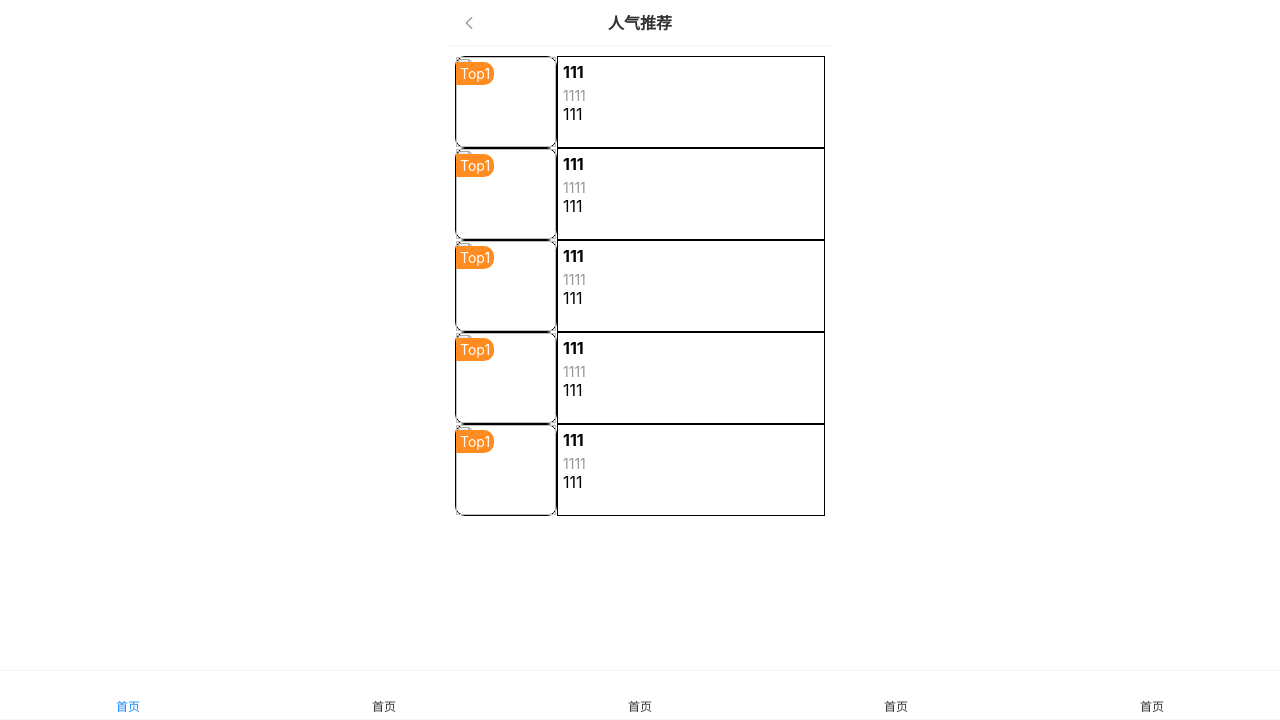
Repository: LXRL/eshop
Page: /#/homePopularity
An editor plug-in stored every save of this project. The page is shown before and after a run of saves, followed by the edit.
The browser window is 1280 px wide. The pictures show the whole page.
The project was rebuilt for these pictures with package versions that can differ from the ones it lists, and the page was loaded fresh each time. Also part of the build but not shown: vue.config.js, src/components/homeGridDetails.vue.

Above is the page before, as saved 2024-12-11 22:45:02.

### src/main.js
import { createApp } from 'vue'
import App from './App.vue'
import router from "./router/indes"
import './assets/css/index.css'

createApp(App).use(router).mount('#app')

### src/components/footer.vue
<template>
    <div class="footer">
        <van-tabbar v-model="active">
            <template v-for="(item, index) in 5">
                <van-tabbar-item to="/home">
                    <span>首页</span>
                    <template #icon>
                        <img src="" alt="">
                    </template>
                </van-tabbar-item>
            </template>
        </van-tabbar>

    </div>
</template>

<script setup>
import { ref } from 'vue'
const active = ref(0);

</script>

<style lang="less" scoped></style>

### src/App.vue
<template>
    <div class="Vue">
        <router-view></router-view>
        <Footer></Footer>
    </div>
</template>

<script setup>
import { ref } from 'vue'
import Footer from './components/footer.vue';

</script>

<style lang="less" scoped>
Footer {
    position: fixed;
    bottom: 0;
    left: 0;
}
</style>

### src/router/indes.js
import { createRouter, createWebHashHistory } from "vue-router";
const router = createRouter({
    history: createWebHashHistory(),
    routes: [
        {
            path: '/',
            redirect: '/home'
        },
        {
            path: '/home',
            component: () => import("../views/home/home.vue")
        },
        {
            path: '/homeWeekly',
            component: () => import('../views/home/homeWeekly.vue')
        },
        {
            path: '/homePopularity',
            component: () => import('../views/home/homePopularity.vue')
        },
        {
            path: '/sort',
            component: () => import("../views/sort/sort.vue")
        },
        {
            path: '/message',
            component: () => import("../views/message/message.vue")
        },
        {
            path: '/shopping',
            component: () => import("../views/shopping/shopping.vue")
        },
        {
            path: '/me',
            component: () => import("../views/me/me.vue")
        },
    ]
})
export default router

### src/views/home/homePopularity.vue
<template>
    <div class="homePopularity">
        <van-nav-bar title="人气推荐" left-arrow @click-left="onClickLeft" />
        <div class="box">
            <template v-for="(item, index) in 5">
                <div class="info">
                    <div class="left">
                        <div class="icon">Top1</div>
                        <img src="" alt="">
                    </div>
                    <div class="right">
                        <h4>111</h4>
                        <p class="message">1111</p>
                        <p class="price">111</p>
                    </div>
                </div>
            </template>
        </div>
    </div>
</template>

<script setup>
import { ref } from 'vue'
</script>

<style lang="less" scoped>
.box {
    padding: 10px;

    .info {
        display: flex;

        .left {
            width: 100px;
            height: 90px;
            border: 1px solid black;
            border-radius: 10px;
            position: relative;

            .icon {
                position: absolute;
                top: 5px;
                left: 0;
                background-color: #FF8C20;
                padding: 3px 4px;
                color: white;
                border-top-right-radius: 10px;
                border-bottom-right-radius: 10px;
                font-size: 14px;
            }

            img {
                width: 100%;
                height: 100%;
            }
        }

        .right {
            position: relative;
            flex: 1;
            border: 1px solid black;
            padding: 5px;
            box-sizing: border-box;

            .message {
                font-size: 14px;
                color: #969799;
                margin-top: 5px;
            }
            .price{
                position: absolute;
                bottom: ;
            }
        }
    }
}
</style>

### src/assets/css/reset.css
* {
    padding: 0;
    margin: 0;
}

ul {
    list-style: none;
}

a {
    color: black;
    text-decoration: none;
}

body {
    width: 390px;
    margin: 0 auto;

}

:root {
    --van-nav-bar-icon-color: #969799 !important;
}

Loaded but not shown: public/index.html (common file); src/assets/css/index.css (common file)

After the next 3 saves:
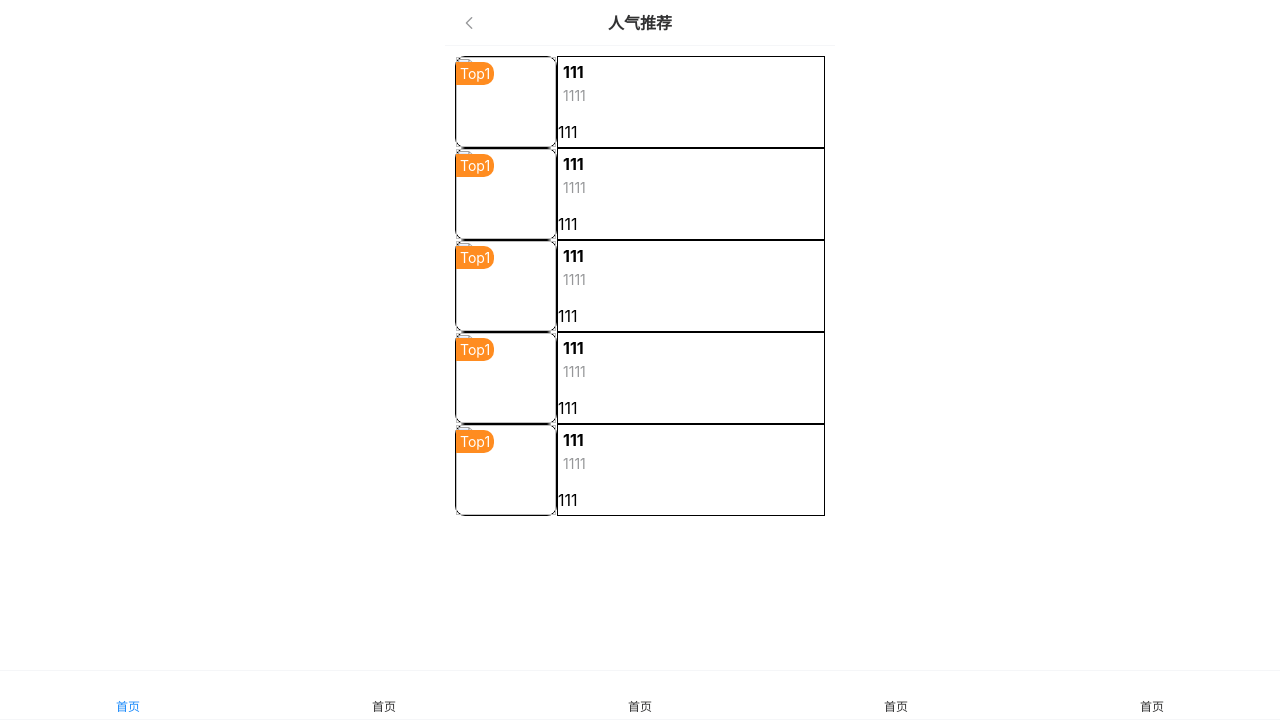
The 3 saves are shown as one change because they came seconds apart.
The last was saved 8 s later.
--- a/src/views/home/homePopularity.vue
+++ b/src/views/home/homePopularity.vue
@@ -67,9 +67,11 @@ import { ref } from 'vue'
                 color: #969799;
                 margin-top: 5px;
             }
-            .price{
+
+            .price {
                 position: absolute;
-                bottom: ;
+                bottom: 5px;
+                left: 0;
             }
         }
     }
